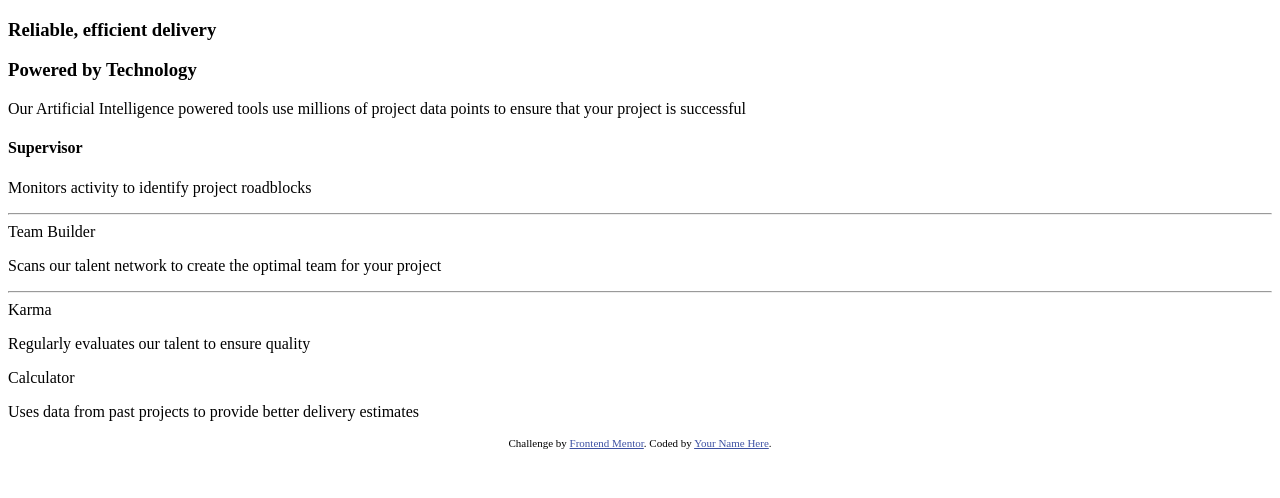
Repository: AngelaMwelu/four-card-page
Page: index.html
These files come from the project's save history. The page is drawn as it stood at one moment and after a run of saves; the edit follows.
The browser window is 1280 px wide. The pictures show the whole page.

Above is the page before, as saved 2025-05-14 10:07:20.

### index.html
<!DOCTYPE html>
<html lang="en">
<head>
  <meta charset="UTF-8">
  <meta name="viewport" content="width=device-width, initial-scale=1.0"> <!-- displays site properly based on user's device -->

  <link rel="icon" type="image/png" sizes="32x32" href="./images/favicon-32x32.png">

  <title>Frontend Mentor | Four card feature section</title>

  <!-- Feel free to remove these styles or customise in your own stylesheet 👍 -->
  <style>
    .attribution { font-size: 11px; text-align: center; }
    .attribution a { color: hsl(228, 45%, 44%); }
  </style>
</head>
<body>
  <div class="Card">
    <div class="about">
      <h3>Reliable, efficient delivery</h3>
      <h3>Powered by Technology</h3>

      <p>Our Artificial Intelligence powered tools use millions of project data points
       to ensure that your project is successful</p>
    </div>

    <div class="Supervisor">
      <h4>Supervisor</h4>
      <p>Monitors activity to identify project roadblocks</p>
    </div>
    <hr clas="br1">

    <div class="Team Builder">
      </h4>Team Builder</h4>
      </p>Scans our talent network to create the optimal team for your project</p>
    </div>
    <hr clas="br1">

    <div class="Karma">
      </h4>Karma</h4>
      </p>Regularly evaluates our talent to ensure quality</p>
    </div>

    <div class="Calculator">
      </h4>Calculator</h4>
      </p>Uses data from past projects to provide better delivery estimates</p>
    </div>
  </div>

  <footer>
    <p class="attribution">
      Challenge by <a href="https://www.frontendmentor.io?ref=challenge" target="_blank">Frontend Mentor</a>.
      Coded by <a href="#">Your Name Here</a>.
    </p>
  </footer>
</body>
</html>

After the next 3 saves:
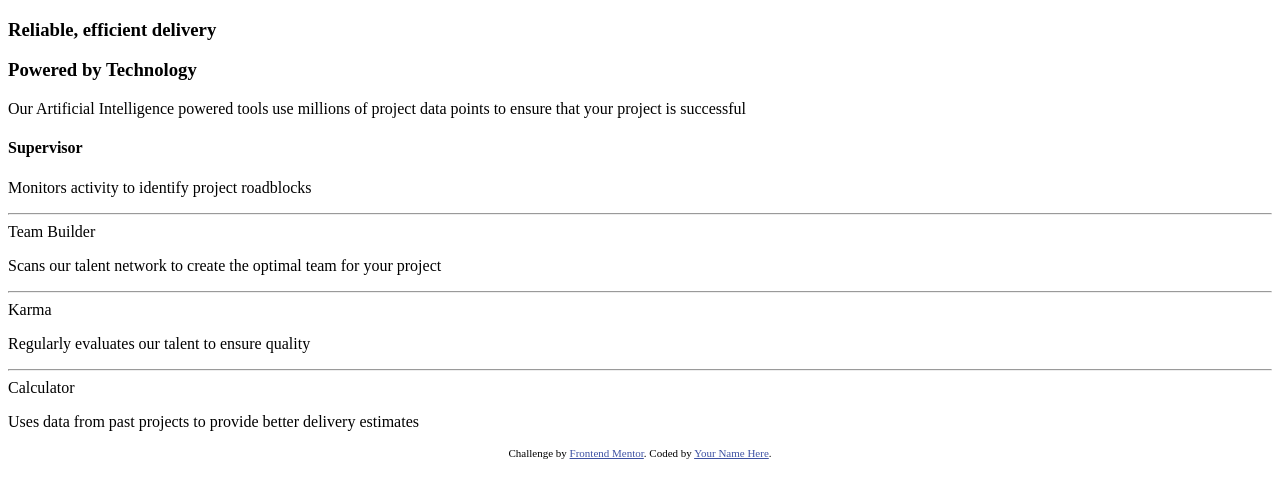
The 3 saves are shown as one change because they came seconds apart.
The last was saved 8 s later.
--- a/index.html
+++ b/index.html
@@ -34,12 +34,13 @@
       </h4>Team Builder</h4>
       </p>Scans our talent network to create the optimal team for your project</p>
     </div>
-    <hr clas="br1">
+    <hr clas="br2">
 
     <div class="Karma">
       </h4>Karma</h4>
       </p>Regularly evaluates our talent to ensure quality</p>
     </div>
+       <hr clas="br1">
 
     <div class="Calculator">
       </h4>Calculator</h4>
